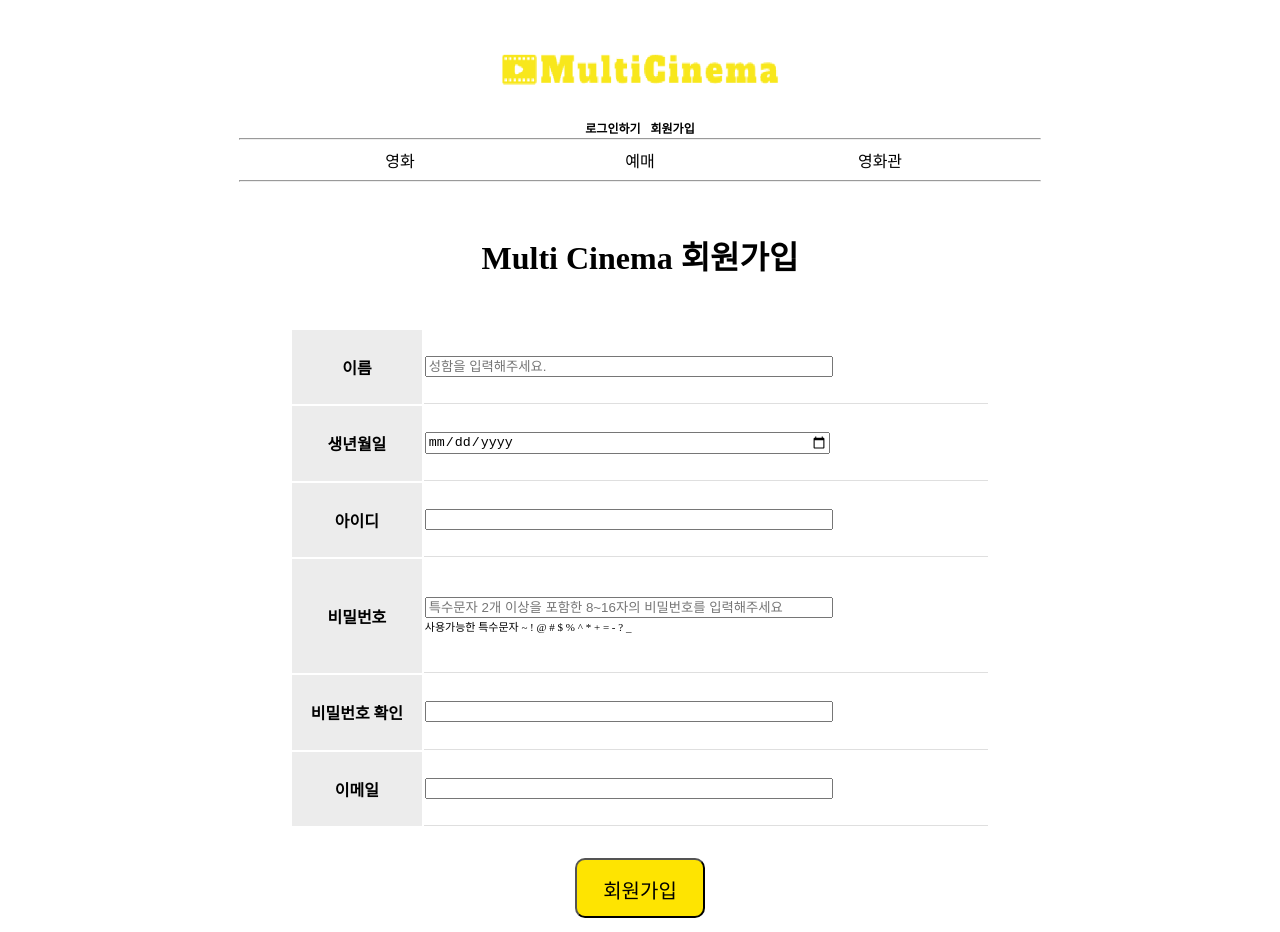
Repository: 23-MultiCampus-17-MiniProject/FrontEnd
Page: http://localhost/com.mc.multicinema/WEB-INF/views/member_join.jsp
The author's editor kept a copy of each file at every save. The page is drawn from the files as they stood at one save, then again after the next save.
The browser window is 1280 px wide. The pictures show the whole page.
The page is served by Tomcat 9. Nobody is signed in. The template is opened directly, without the code that normally fills it, so the values that code supplies are empty.

Above is the page before, as saved 2023-12-10 21:00:57.

After the next save:
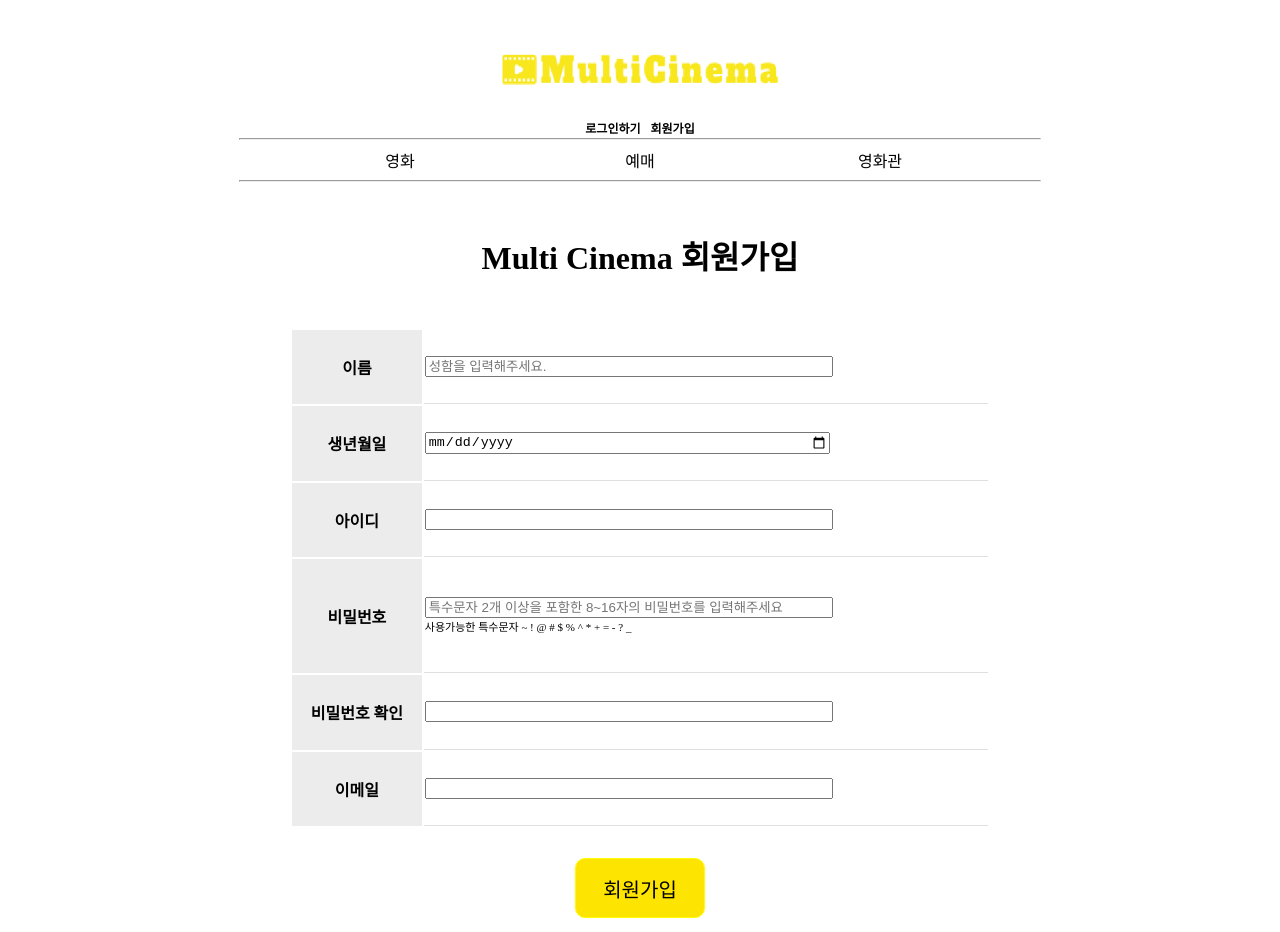
Saved 51 s later.
--- a/com.mc.multicinema/src/main/webapp/resources/css/member_join.css
+++ b/com.mc.multicinema/src/main/webapp/resources/css/member_join.css
@@ -47,6 +47,7 @@
 		height: 60px;
 		line-height: 60px;
 		font-size: 20px;
+		border: 1px solid rgb(255, 255, 0.5);
 	}
 
 	#btn_join_wrap{
